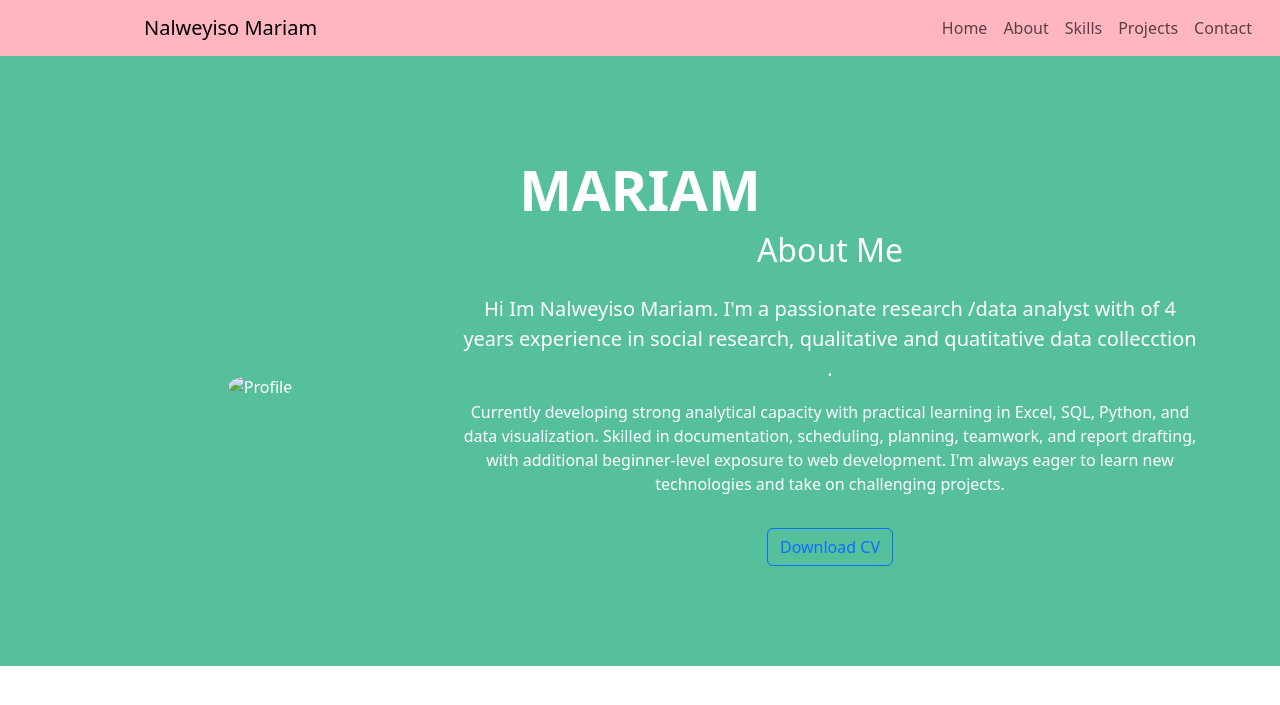
Repository: NalweMari/My-Personal-Portfolio
Page: index.html
The author's editor kept a copy of each file at every save. The page is drawn from the files as they stood at one save, then again after the next save.
The browser window is 1280 px wide. The pictures show the whole page.

Above is the page before, as saved 2025-11-27 18:29:01.
Console error (its wording comes from the project's code and is left out).

After the next save:
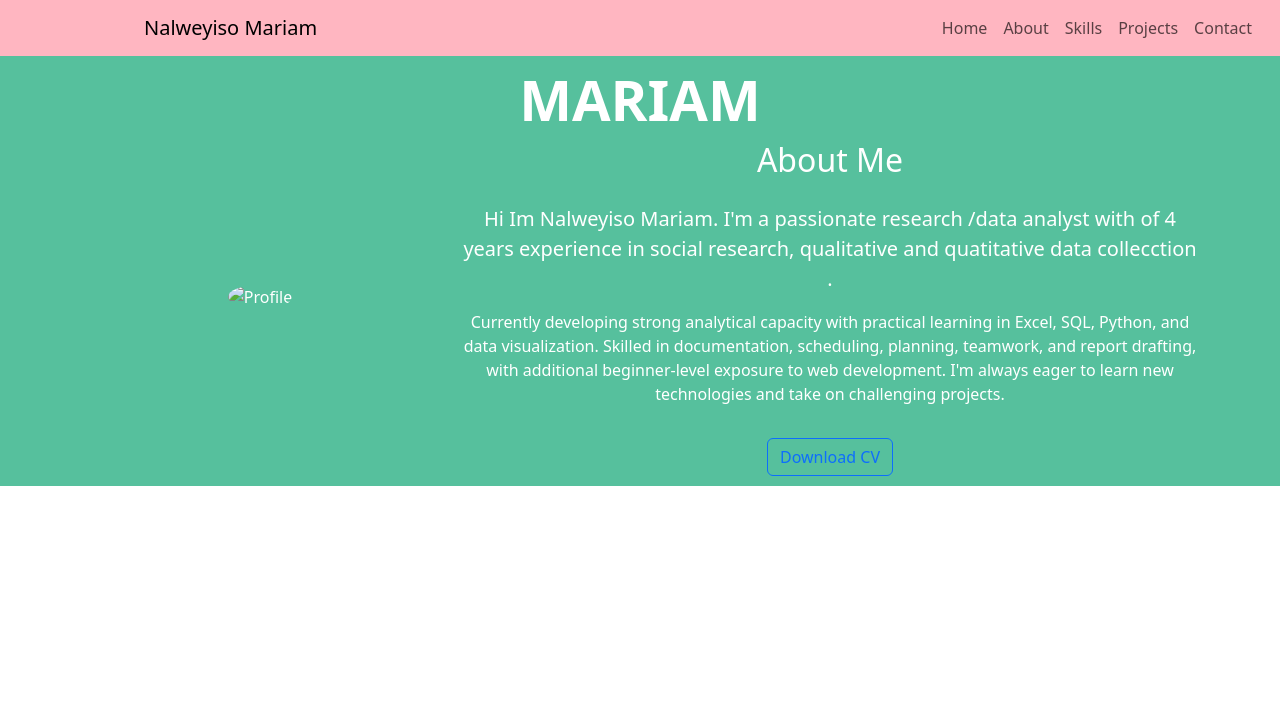
Saved 9 s later.
--- a/Style.css
+++ b/Style.css
@@ -4,7 +4,7 @@
 .hero-section {
   background-color: rgb(86, 192, 157);
      color: white;
-  padding: 100px 0;
+  padding: 10px 0;
 }
 /* .skill-bar {
   height: 20px;
